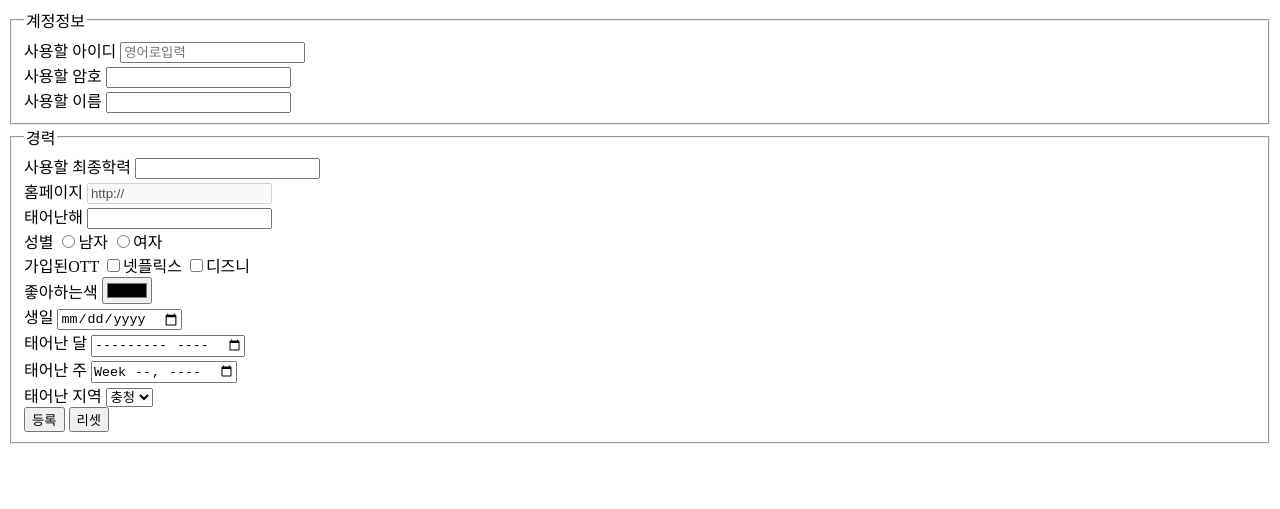
Repository: ybshim90/sesac1
Page: day_20211217_01_web/src/main/webapp/regist.html
An editor plug-in stored every save of this project. The page is shown before and after the next save, followed by the edit.
The browser window is 1280 px wide. The pictures show the whole page.

Above is the page before, as saved 2021-12-17 06:33:21.

After the next save:
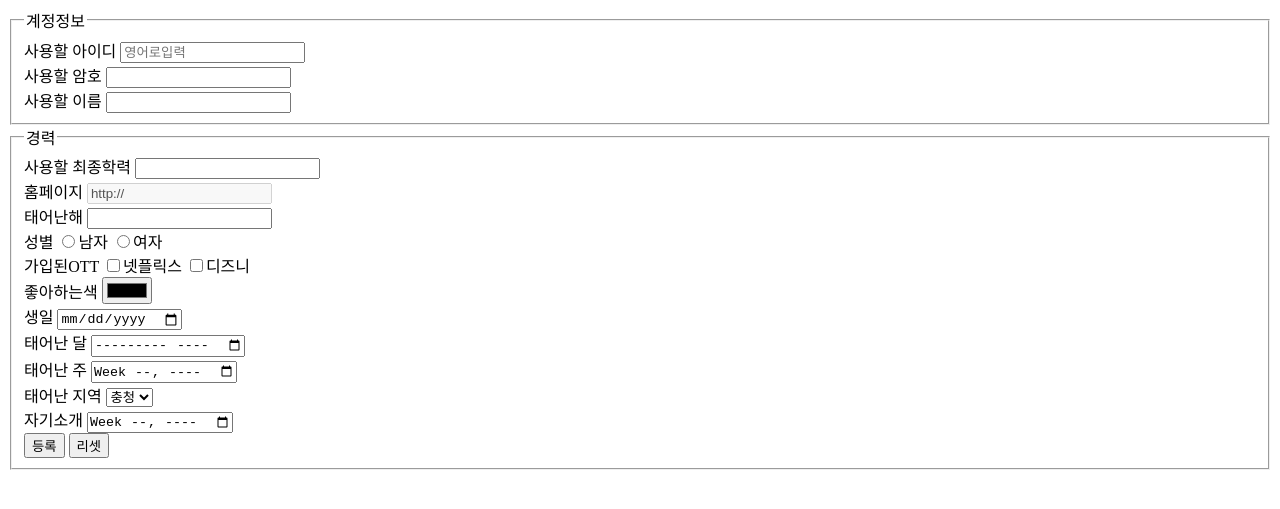
Saved 3 min 13 s later.
--- a/day_20211217_01_web/src/main/webapp/regist.html
+++ b/day_20211217_01_web/src/main/webapp/regist.html
@@ -71,6 +71,10 @@
 					</select>
 				</label><br>
 
+				<label>자기소개
+					<input type="week" name="birth">
+				</label><br>
+
 				<input type="submit" value="등록">
 				<input type="reset" value="리셋">
 
